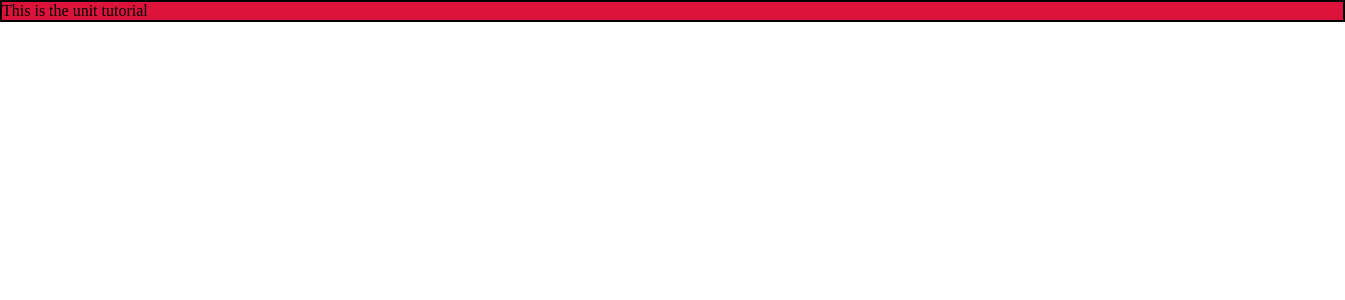
Repository: diensy/Web_dev
Page: Css/Units/units.html
An editor plug-in stored every save of this project. The page is shown before and after the next save, followed by the edit.
The browser window is 1280 px wide. The page is 1345 px wide, then 1280 px, then 1345 px, so the pictures cover 1345 px, including what lies to the right of the window. The pictures show the whole page.

Above is the page before, as saved 2024-05-23 21:58:52.

After the next save:
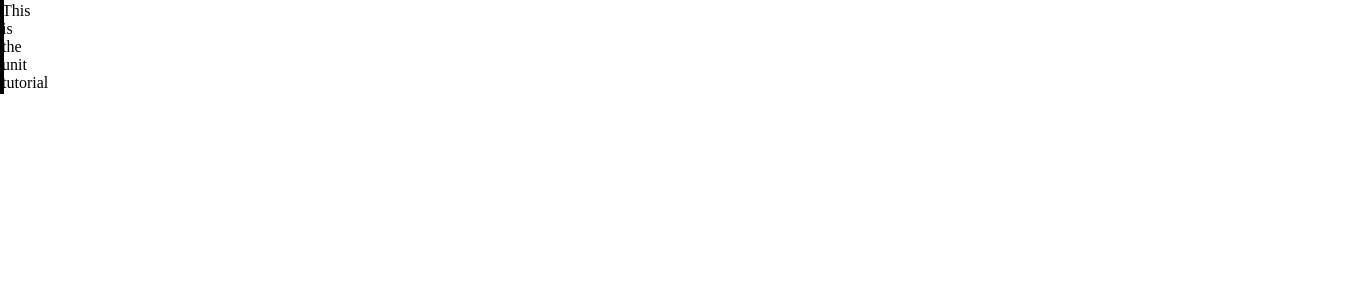
Saved 7 s later.
--- a/Css/Units/units.css
+++ b/Css/Units/units.css
@@ -6,6 +6,6 @@
 p {
   border: 2px solid black;
   box-sizing: border-box;
-  width: 1345px;
+  width: 1px;
   background-color: crimson;
 }

After the save that followed:
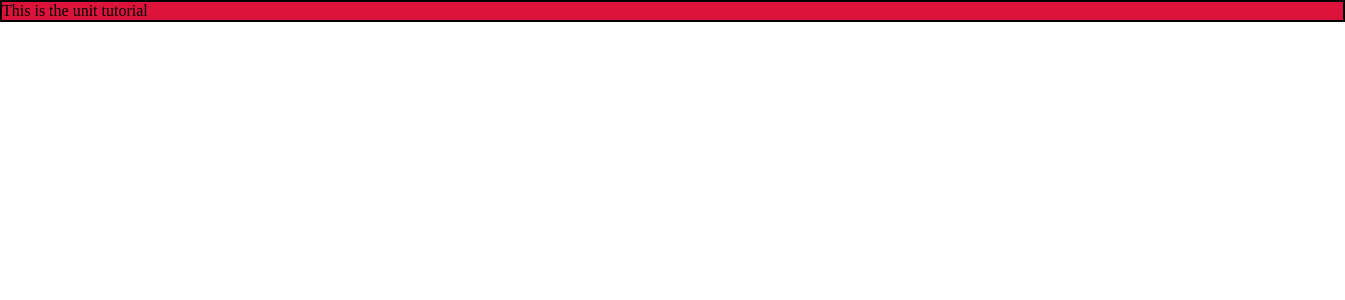
Saved 10 s later.
--- a/Css/Units/units.css
+++ b/Css/Units/units.css
@@ -6,6 +6,6 @@
 p {
   border: 2px solid black;
   box-sizing: border-box;
-  width: 1px;
+  width: 1345px;
   background-color: crimson;
 }
